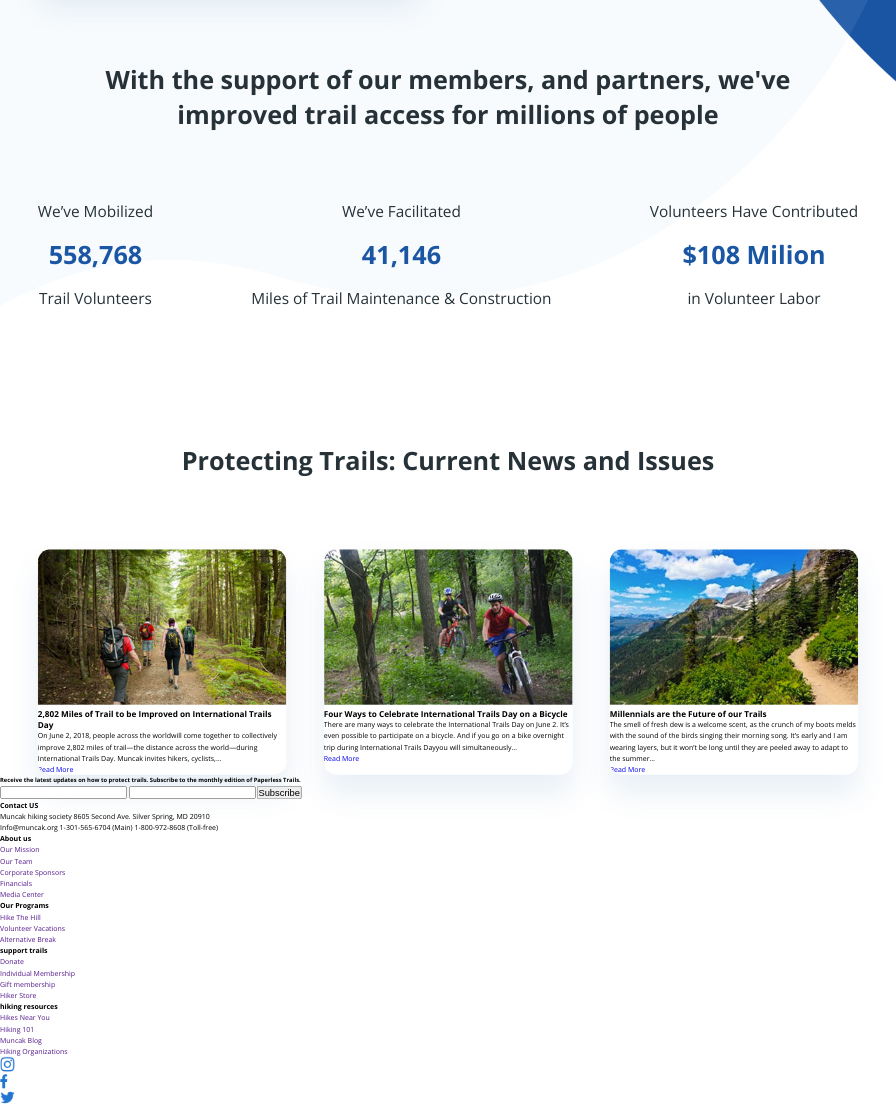
Repository: huubinh98/Project
Page: muncak/index.html
These files come from the project's save history. The page is drawn as it stood at one moment and after the next save; the edit follows.
The browser window is 1280 px wide. The pictures show the part of the page from y = 2834 to 4754 px (the page is 4415 px tall before and 4754 px after), at 70% of full size.

Above is the page before, as saved 2021-08-28 19:57:11.

### muncak/index.html
<!DOCTYPE html>
<html lang="en">

<head>
    <meta charset="UTF-8">
    <meta http-equiv="X-UA-Compatible" content="IE=edge">
    <meta name="viewport" content="width=device-width, initial-scale=1.0">
    <link rel="stylesheet" href="./style.css">
    <link rel="preconnect" href="https://fonts.googleapis.com">
    <link rel="preconnect" href="https://fonts.gstatic.com" crossorigin>
    <link href="https://fonts.googleapis.com/css2?family=Open+Sans:wght@300;400;600;700&display=swap" rel="stylesheet">
    <title>Muncak</title>
</head>

<body>
    <header class="header">
        <div class="container header-nav">
            <h1 class="logo"><a href="" class="logo-link"><img src="./image/Muncak.png" alt="" class="logo-img"></a>
            </h1>
            <ul class="nav-list">
                <li class="nav-item">
                    <a href="" class="nav-item-link">Home</a>
                </li>
                <li class="nav-item">
                    <a href="" class="nav-item-link">Go Hiking</a>
                </li>
                <li class="nav-item">
                    <a href="" class="nav-item-link">About</a>
                </li>
                <li class="nav-item">
                    <a href="" class="nav-item-link nav-highlight">Login</a>
                </li>
            </ul>
        </div>
        <div class="container-small">
            <h1 class="heading-banner">Lets get the top of Moutain</h1>
            <p class="heading-desc">Here is the hiking information you need to decide
                if it is right for you, and to make it more interesting,
                enjoyable, and safe.</p>
            <a href="#" class="btn c"> Get Started</a>
        </div>
    </header>
    <section class="about">
        <div class="container-small about-wrap">
            <h2 class="heading-name hearding-name-about">We envision a world where everyone
                has permanent access to a hiking trail</h2>
            <div class="about-item">
                <img src="./image/loa.png" alt="loa" class="about-img">
                <div class="about-content">
                    <h4 class="about-content-heading">Advocate</h4>
                    <p class="about-content-desc">We work with Congress, Federal agencies, and partners on policy issues
                        and legislation to ensure funding for trails, preservation of natural areas, and protection of
                        the hiking experience.</p>
                </div>
            </div>
            <div class="about-item">
                <img src="./image/bantay.png" alt="loa" class="about-img">
                <div class="about-content">
                    <h4 class="about-content-heading">Volunteer </h4>
                    <p class="about-content-desc">Trails don't maintain themselves. Individuals of any age and
                        experience level can become trail stewards. Give back to the trails you love, meet new people,
                        and enjoy the experience!</p>
                </div>
            </div>
            <div class="about-item">
                <img src="./image/nui.png" alt="loa" class="about-img">
                <div class="about-content">
                    <h4 class="about-content-heading">Explore</h4>
                    <p class="about-content-desc">Feel confident when you set out on your next trail adventure. Check
                        out our free hiking resources like tips for hiking with families, gear checklists, finding the
                        best trail for you.</p>
                </div>
            </div>
            <a href="" class="btn btn-about">Lean more</a>
        </div>
        <div class="container-small about-customer">
            <h2 class="heading-name">With the support of our members, and partners, we've improved trail access for millions of people</h2>
            <div class="customer-content">
                <p class="customer-text">We’ve Mobilized <span>558,768</span> Trail Volunteers</p>
                <p class="customer-text">We’ve Facilitated <span>41,146</span>
                    Miles of Trail Maintenance & Construction</p>
                <p class="customer-text">Volunteers Have Contributed <span>$108 Milion</span> in Volunteer Labor</p>
            </div>
        </div>
    </section>

    <!-- -----------new--------------- -->
    <section class="new">
        <div class="container-small">
            <h2 class="heading-name">Protecting Trails: Current News and Issues</h2>
            <div class="new-content">
                <div class="new-item">
                    <a href="#" class="new-item-link">
                        <img src="./image/pic1.jpg" alt="pic1" class="new-item-img">
                    </a>
                    <div class="new-item-text">
                        <h3 class="new-item-name">2,802 Miles of Trail to be Improved on International Trails Day</h3>
                        <p class="new-item-desc">On June 2, 2018, people across the worldwill come together to
                            collectively improve 2,802 miles of trail—the distance across the world—during International
                            Trails Day. Muncak invites hikers, cyclists,…</p>
                        <a href="#" class="new-item-link">Read More</a>
                    </div>
                </div>
                <div class="new-item">
                    <a href="#" class="new-item-link">
                        <img src="./image/pic2.jpg" alt="pic1" class="new-item-img">
                    </a>
                    <div class="new-item-text">
                        <h3 class="new-item-name">Four Ways to Celebrate International Trails Day on a Bicycle</h3>
                        <p class="new-item-desc">There are many ways to celebrate the International Trails Day on June 2. It’s even possible to participate on a bicycle. And if you go on a bike overnight trip during International Trails Dayyou will simultaneously…</p>
                        <a href="#" class="new-item-link">Read More</a>
                    </div>
                </div>
                <div class="new-item">
                    <a href="#" class="new-item-link">
                        <img src="./image/pic3.jpg" alt="pic1" class="new-item-img">
                    </a>
                    <div class="new-item-text">
                        <h3 class="new-item-name">Millennials are the Future of our Trails</h3>
                        <p class="new-item-desc">The smell of fresh dew is a welcome scent, as the crunch of my boots melds with the sound of the birds singing their morning song. It’s early and I am wearing layers, but it won’t be long until they are peeled away to adapt to the summer…</p>
                        <a href="#" class="new-item-link">Read More</a>
                    </div>
                </div>
            </div>
        </div>
    </section>

    <div class="contact-footer">
        <div class="container">
            <h5 class="contact-heading">Receive the latest updates on how to protect trails.
                Subscribe to the monthly edition of Paperless Trails.</h5>
            <form action="">
                <input type="text" name="Name" id="" class="form-input">
                <input type="text" name="Email" id="" class="form-input">
                <button type="submit">Subscribe</button>
            </form>
        </div>
        <footer class="footer container">
            <div class="footer-info">
                <div class="footer-item">
                    <h4>Contact US</h4>
                    <p>Muncak hiking society
                        8605 Second Ave.
                        Silver Spring, MD 20910</p>
                    <p>
                        <span>Info@muncak.org</span>
                        <span>1-301-565-6704 (Main)</span>
                        <span>1-800-972-8608 (Toll-free)</span>
                    </p>
                </div>
                <div class="footer-item">
                    <h4>About us</h4>
                    <ul>
                        <li>
                            <a href="">Our Mission</a>
                        </li>
                        <li>
                            <a href="">Our Team</a>
                        </li>
                        <li>
                            <a href="">Corporate Sponsors</a>
                        </li>
                        <li>
                            <a href="">Financials</a>
                        </li>
                        <li>
                            <a href="">Media Center</a>
                        </li>
                    </ul>
                </div>
                <div class="footer-item">
                    <h4>Our Programs</h4>
                    <ul>
                        <li>
                            <a href="">Hike The Hill</a>
                        </li>
                        <li>
                            <a href="">Volunteer Vacations</a>
                        </li>
                        <li>
                            <a href="">Alternative Break</a>
                        </li>
                    </ul>
                </div>
                <div class="footer-item">
                    <h4>support trails</h4>
                    <ul>
                        <li>
                            <a href="">Donate</a>
                        </li>
                        <li>
                            <a href="">Individual Membership</a>
                        </li>
                        <li>
                            <a href="">Gift membership</a>
                        </li>
                        <li>
                            <a href="">Hiker Store</a>
                        </li>
                    </ul>
                </div>
                <div class="footer-item">
                    <h4>hiking resources</h4>
                    <ul>
                        <li>
                            <a href="">Hikes Near You</a>
                        </li>
                        <li>
                            <a href="">Hiking 101</a>
                        </li>
                        <li>
                            <a href="">Muncak Blog</a>
                        </li>
                        <li>
                            <a href="">Hiking Organizations</a>
                        </li>
                    </ul>
                </div>
            </div>
            <ul class="socical">
                <li class="socical-item">
                    <a href="" class="socical-item-link">
                        <img src="./image/instar.png" alt="" class="socical-item-img">
                    </a>
                </li>
                <li class="socical-item">
                    <a href="" class="socical-item-link">
                        <img src="./image/facebook.png" alt="" class="socical-item-img">
                    </a>
                </li>
                <li class="socical-item">
                    <a href="" class="socical-item-link">
                        <img src="./image/tiwer.png" alt="" class="socical-item-img">
                    </a>
                </li>
            </ul>
        </footer>
    </div>
</body>

</html>

### muncak/style.css
* {
    margin: 0;
    padding: 0;
    box-sizing: border-box;
}

html {
    font-size: 62.5%;
    line-height: 1.6rem;
    font-family: 'Open Sans', sans-serif;
    scroll-behavior: smooth;
}

ul, li {
    list-style: none;
}

a {
    text-decoration: none;
}

.container {
    max-width: 1404px;
    width: 100%;
    margin: 0 auto;
}

.container-small {
    max-width: 1172px;
    width: 100%;
    margin: 0 auto;
}

.btn {
    font-size: 2rem;
    line-height: 8rem;
    color: #fbfcfc;
    background-color: #2870db;
    border-radius: 40px;
    display: inline-block;
    padding: 0 66px;
    box-shadow: 0 22px 24px rgba(17, 83, 165, 0.21);
    transition: 0.25s ease;
}

.heading-name {
    font-size: 3.6rem;
    line-height: 5rem;
    text-align: center;
    margin: 0 auto;
    color: #263238;
    margin-bottom: 101px;
    max-width: 1000px;
}

.btn:hover {
    background-color: #1153a5;
}

/* ----------------------- */

.header {
    margin: 0 auto;
    max-width: 1900px;
    height: 1026px;
    background-color: white;
    background-image: url(./image/backgroudleft1.png), url(./image/Muncak-Landing-Page.png);
    background-position: left bottom, right top;
    background-repeat: no-repeat, no-repeat;
}

.header-nav {
    display: flex;
    justify-content: space-between;
    padding-top: 85px;
}

.logo{

}
.logo-link{

}
.logo-img{

}
.nav-list{

}
.nav-item{
    display: inline-block;
}
.nav-item-link{
    font-size: 1.8rem;
    font-weight: 400;
    line-height: 3.6rem;
    color: #fff;
    padding: 0 36px;
    display: inline-block;
}

.nav-highlight {
    background-color: #fff;
    color: #14215e;
    border-radius: 14px;
}

.heading-banner {
    font-size: 5rem;
    line-height: 6rem;
    color: #1c2056;
    margin-top: 144px;
    max-width: 400px;
}

.heading-desc {
    font-size: 1.8rem;
    line-height: 4rem;
    color: rgba(45, 32, 88, 0.65);
    max-width: 400px;
    margin-top: 43px;
    margin-bottom: 103px;
}

.btn-heading {
    margin-bottom: 310px;
}


/* -----------about---------------- */
.about {
    margin-top: 158px;
    margin-bottom: 98px;
    background-image: url(./image/backgroudleft2.png), url(./image/Muncak-Landing-Page2.png);
    background-repeat: no-repeat, no-repeat;
    background-position: left bottom, right center;
}

.about-wrap {
    margin-bottom: 105px;
}

.hearding-name-about {
    max-width: 700px;
}

.about-item {
    margin-top: -150px;
    max-width: 549px;
}

.about-item:nth-child(2n + 1) {
    margin-left: auto;
}

.about-item:nth-child(2n + 2) {
    margin-top: -109px;
}

.about-item:first-of-type {
    margin-top: 0;
}

.about-img {
    display: block;
    margin: 0 auto;
    margin-bottom: 63px;
}

.about-content {
    padding: 72px;
    border-radius: 18px;
    background-color: #fff;
    box-shadow: 0 27px 43px rgb(32 94 171 / 10%);
}

.about-content-heading {
    font-size: 2.4rem;
    line-height: 3.6rem;
    color: #263238;
    padding-bottom: 48px;
}

.about-content-desc {
    font-size: 1.8rem;
    line-height: 3.6rem;
    color: #546e7a;
}

.btn-about {
    float: right;
    margin-right: 163px;
    margin-top: -226px;
}

/* -----------customer-------------- */

.about-custumer {
    margin-top: 105px;
}

.customer-content {
    display: flex;
    justify-content: space-between;
}

.customer-text {
    text-align: center;
    font-size: 2.2rem;
    line-height: 2.3rem;
    color: #263238;
}

.customer-text span {
    font-size: 3.6rem;
    display: block;
    color: #1a56a3;
    font-weight: 700;
    line-height: 3.4rem;
    padding: 34px 0;
}

/* --------New-------------- */

.new {
    padding-top: 98px;
}

.new-content {
    display: flex;
    justify-content: space-between;
}

.new-item {
    border-radius: 18px;
    box-shadow: 0 27px 43px rgb(32 94 171 / 10%);
    max-width: 355px;
    overflow: hidden;
}

.new-item-img {
    height: 222px;
    object-fit: cover;
    width: 100%;
}

After the next save:
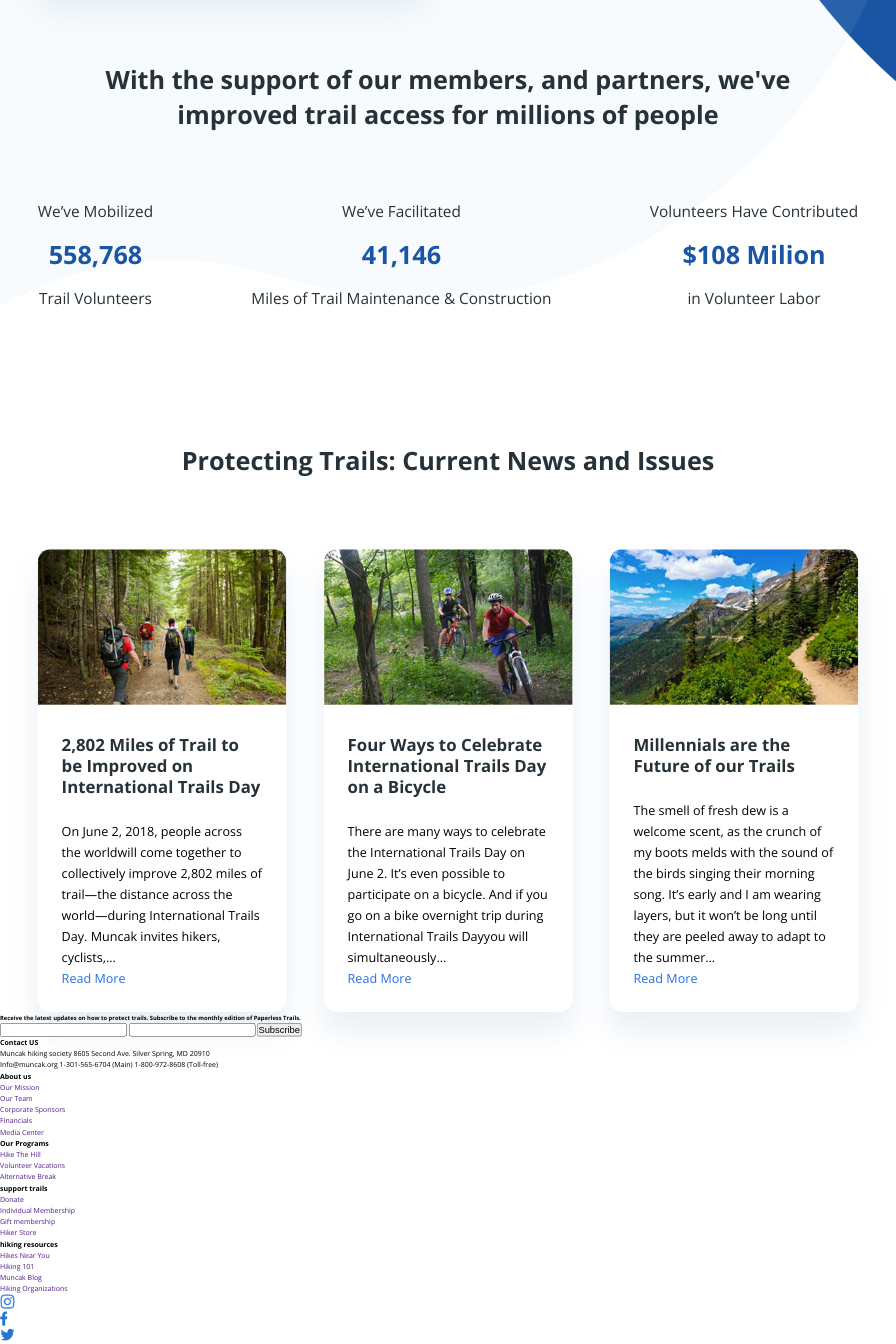
Saved 14 min 12 s later.
--- a/muncak/style.css
+++ b/muncak/style.css
@@ -243,3 +243,26 @@ a {
     object-fit: cover;
     width: 100%;
 }
+
+.new-item-text {
+    padding: 34px;
+}
+
+.new-item-name {
+    font-size: 2.4rem;
+    line-height: 3rem;
+    color: #263238;
+    padding-bottom: 33px;
+}
+
+.new-item-desc {
+    font-size: 1.8rem;
+    line-height: 3rem;
+}
+
+.new-item-link {
+    font-size: 1.8rem;
+    line-height: 3rem;
+    color: #2870db;
+    padding-top: 30px;
+}
